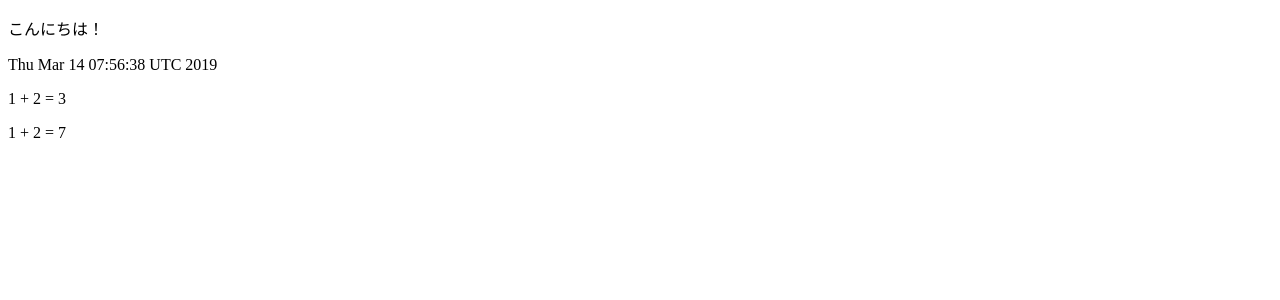
Repository: NoriakiYasumura/test01
Page: http://localhost/HelloJSP/
The author's editor kept a copy of each file at every save. The page is drawn from the files as they stood at one save, then again after the next save.
The browser window is 1280 px wide. The pictures show the whole page.
The page is served by Tomcat 9.

Above is the page before, as saved 2019-03-15 04:41:26.

### HelloJSP/WebContent/index.jsp
<%@ page language="java" contentType="text/html; charset=UTF-8"
    pageEncoding="UTF-8"%>
<!DOCTYPE html>
<html>
	<head>
	<meta charset="UTF-8">
	<title>TEST</title>
	</head>
<body>
	<p>こんにちは！</p>
	<% out.println(new java.util.Date()); %>

	<%!
	static int add(int a,int b){
		return a + b;
	}%>

	<p>1 + 2 = <%= add(1,2) %></p>
	<p>1 + 2 = <%= add(3,4) %></p>
</body>
</html>

After the next save:
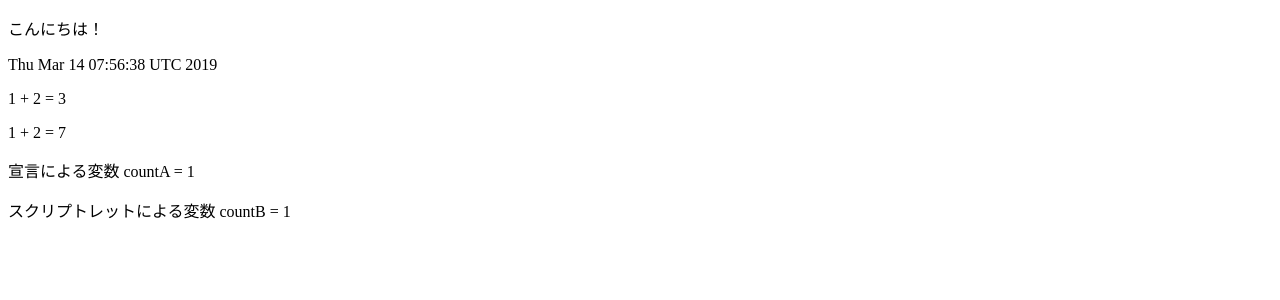
Saved 6 min 15 s later.
--- a/HelloJSP/WebContent/index.jsp
+++ b/HelloJSP/WebContent/index.jsp
@@ -17,5 +17,13 @@
 
 	<p>1 + 2 = <%= add(1,2) %></p>
 	<p>1 + 2 = <%= add(3,4) %></p>
+
+	<%! static int countA = 0; %>
+	<% int countB = 0;
+	countA++;
+	countB++;%>
+
+	<p>宣言による変数 countA = <%=countA %></p>
+	<p>スクリプトレットによる変数 countB = <%=countB %></p>
 </body>
 </html>
